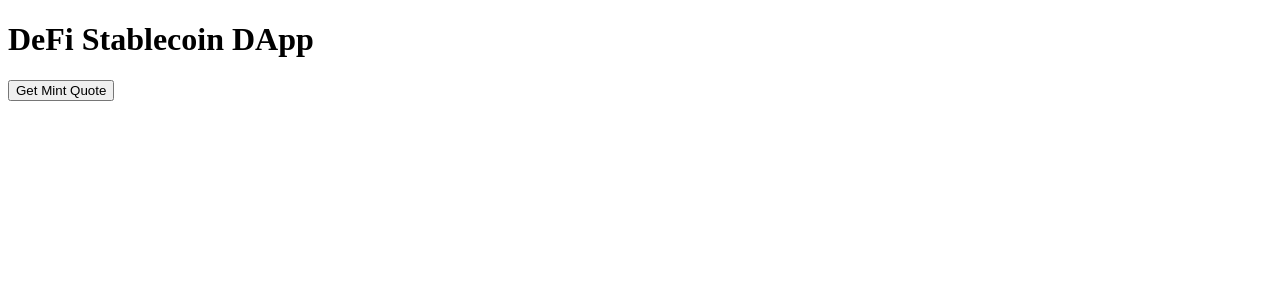
Repository: hariom2509/personal-projects
Page: / (app in frontend/)
The author's editor kept a copy of each file at every save. The page is drawn from the files as they stood at one save, then again after the next save.
The browser window is 1280 px wide. The pictures show the whole page.
The project was rebuilt for these pictures with package versions that can differ from the ones it lists, and the page was loaded fresh each time.

Above is the page before, as saved 2025-09-05 03:01:09.

### frontend/public/index.html
<!doctype html>
<html>
  <head>
    <meta charset="utf-8" />
    <title>DeFi Stablecoin Demo</title>
  </head>
  <body>
    <div id="root"></div>
    <script src="/static/js/bundle.js"></script>
  </body>
</html>

### frontend/src/App.js
import React, { useState } from "react";

function App() {
  const [quote, setQuote] = useState(null);

  const getMintQuote = async () => {
    const res = await fetch("/api/mint_quote", {
      method: "POST",
      headers: { "Content-Type": "application/json" }
    });
    const data = await res.json();
    setQuote(data);
  };

  return (
    <div className="App">
      <h1>DeFi Stablecoin DApp</h1>
      <button onClick={getMintQuote}>Get Mint Quote</button>

      {quote && (
        <div style={{ marginTop: "20px", textAlign: "left" }}>
          <h3>Mint Quote</h3>
          <p>Collateral: {quote.collateral}</p>
          <p>Amount: {quote.amount} {quote.collateral}</p>
          <p>Mintable uUSD: {quote.mintable_uUSD}</p>
          <p>Price: ${quote.price}</p>
          <p>Time: {quote.timestamp}</p>
        </div>
      )}
    </div>
  );
}

export default App;

### frontend/src/App.css
.App {
  text-align: center;
  font-family: Arial, sans-serif;
  padding: 20px;
}

.App-header {
  background-color: #282c34;
  min-height: 100vh;
  display: flex;
  flex-direction: column;
  align-items: center;
  justify-content: center;
  font-size: calc(10px + 2vmin);
  color: white;
}

Loaded but not shown: frontend/src/index.js (common file)

After the next save:
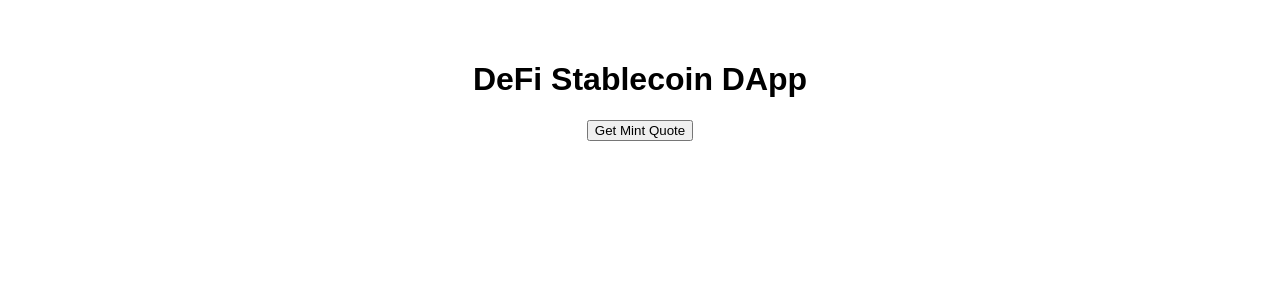
Saved 32 s later.
--- a/frontend/src/App.js
+++ b/frontend/src/App.js
@@ -1,30 +1,63 @@
 import React, { useState } from "react";
+import "./App.css"; // make sure this file exists or remove this line
 
 function App() {
   const [quote, setQuote] = useState(null);
+  const [loading, setLoading] = useState(false);
+  const [error, setError] = useState(null);
 
   const getMintQuote = async () => {
-    const res = await fetch("/api/mint_quote", {
-      method: "POST",
-      headers: { "Content-Type": "application/json" }
-    });
-    const data = await res.json();
-    setQuote(data);
+    try {
+      setLoading(true);
+      setError(null);
+
+      const res = await fetch("/api/mint_quote", {
+        method: "POST",
+        headers: { "Content-Type": "application/json" }
+      });
+
+      if (!res.ok) {
+        throw new Error(`Server error: ${res.status}`);
+      }
+
+      const data = await res.json();
+      setQuote(data);
+    } catch (err) {
+      console.error("Error fetching quote:", err);
+      setError("Failed to fetch mint quote.");
+    } finally {
+      setLoading(false);
+    }
   };
 
   return (
-    <div className="App">
+    <div className="App" style={{ padding: "2rem", fontFamily: "Arial" }}>
       <h1>DeFi Stablecoin DApp</h1>
-      <button onClick={getMintQuote}>Get Mint Quote</button>
+
+      <button onClick={getMintQuote} disabled={loading}>
+        {loading ? "Loading..." : "Get Mint Quote"}
+      </button>
+
+      {error && <p style={{ color: "red" }}>{error}</p>}
 
       {quote && (
         <div style={{ marginTop: "20px", textAlign: "left" }}>
           <h3>Mint Quote</h3>
-          <p>Collateral: {quote.collateral}</p>
-          <p>Amount: {quote.amount} {quote.collateral}</p>
-          <p>Mintable uUSD: {quote.mintable_uUSD}</p>
-          <p>Price: ${quote.price}</p>
-          <p>Time: {quote.timestamp}</p>
+          <p>
+            <strong>Collateral:</strong> {quote.collateral}
+          </p>
+          <p>
+            <strong>Amount:</strong> {quote.amount} {quote.collateral}
+          </p>
+          <p>
+            <strong>Mintable uUSD:</strong> {quote.mintable_uUSD}
+          </p>
+          <p>
+            <strong>Price:</strong> ${quote.price}
+          </p>
+          <p>
+            <strong>Time:</strong> {quote.timestamp}
+          </p>
         </div>
       )}
     </div>

After the 3 saves that followed:
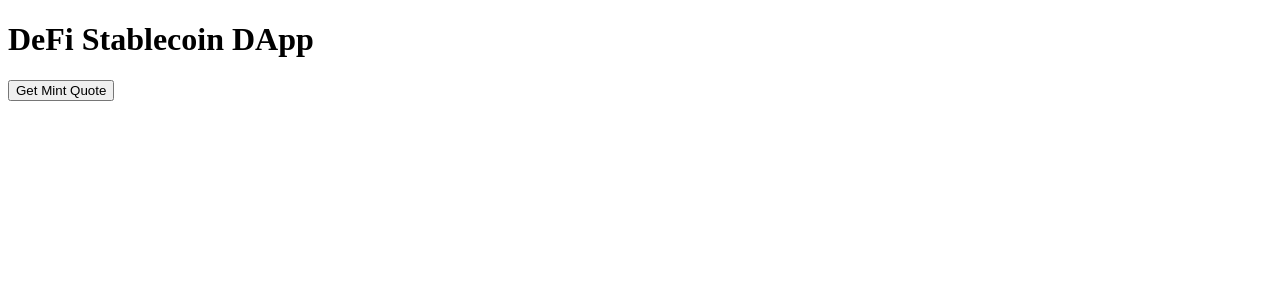
The 3 saves are shown as one change because 1 left the picture as it was and some came seconds apart.
The last was saved 5 min 55 s later.
--- a/frontend/src/App.js
+++ b/frontend/src/App.js
@@ -1,63 +1,30 @@
 import React, { useState } from "react";
-import "./App.css"; // make sure this file exists or remove this line
 
 function App() {
   const [quote, setQuote] = useState(null);
-  const [loading, setLoading] = useState(false);
-  const [error, setError] = useState(null);
 
   const getMintQuote = async () => {
-    try {
-      setLoading(true);
-      setError(null);
-
-      const res = await fetch("/api/mint_quote", {
-        method: "POST",
-        headers: { "Content-Type": "application/json" }
-      });
-
-      if (!res.ok) {
-        throw new Error(`Server error: ${res.status}`);
-      }
-
-      const data = await res.json();
-      setQuote(data);
-    } catch (err) {
-      console.error("Error fetching quote:", err);
-      setError("Failed to fetch mint quote.");
-    } finally {
-      setLoading(false);
-    }
+    const res = await fetch("/api/mint_quote", {
+      method: "POST",
+      headers: { "Content-Type": "application/json" }
+    });
+    const data = await res.json();
+    setQuote(data);
   };
 
   return (
-    <div className="App" style={{ padding: "2rem", fontFamily: "Arial" }}>
+    <div className="App">
       <h1>DeFi Stablecoin DApp</h1>
-
-      <button onClick={getMintQuote} disabled={loading}>
-        {loading ? "Loading..." : "Get Mint Quote"}
-      </button>
-
-      {error && <p style={{ color: "red" }}>{error}</p>}
+      <button onClick={getMintQuote}>Get Mint Quote</button>
 
       {quote && (
         <div style={{ marginTop: "20px", textAlign: "left" }}>
           <h3>Mint Quote</h3>
-          <p>
-            <strong>Collateral:</strong> {quote.collateral}
-          </p>
-          <p>
-            <strong>Amount:</strong> {quote.amount} {quote.collateral}
-          </p>
-          <p>
-            <strong>Mintable uUSD:</strong> {quote.mintable_uUSD}
-          </p>
-          <p>
-            <strong>Price:</strong> ${quote.price}
-          </p>
-          <p>
-            <strong>Time:</strong> {quote.timestamp}
-          </p>
+          <p>Collateral: {quote.collateral}</p>
+          <p>Amount: {quote.amount} {quote.collateral}</p>
+          <p>Mintable uUSD: {quote.mintable_uUSD}</p>
+          <p>Price: ${quote.price}</p>
+          <p>Time: {quote.timestamp}</p>
         </div>
       )}
     </div>
